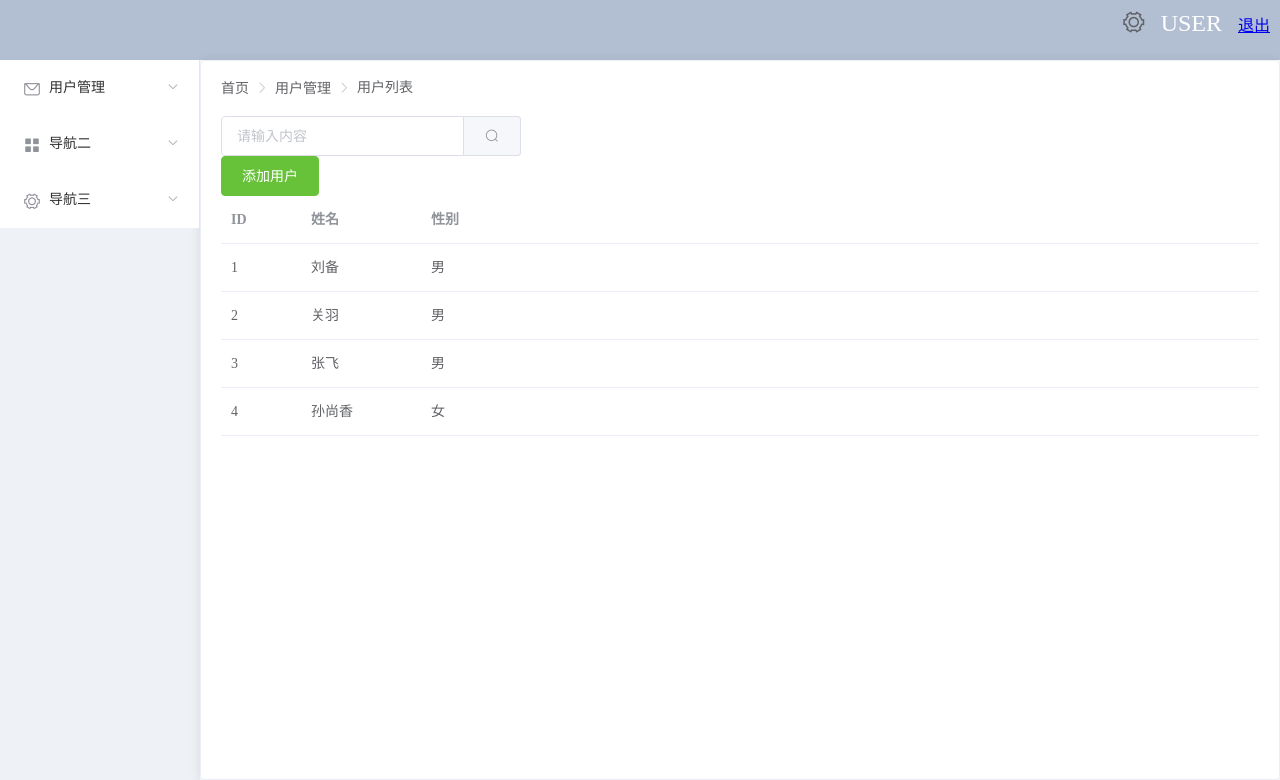
Repository: euphor1azzy/testlist
Page: /#/users (app in list/)
An editor plug-in stored every save of this project. The page is shown before and after the next save, followed by the edit.
The browser window is 1280 px wide. The pictures show the whole page.
The project was rebuilt for these pictures with package versions that can differ from the ones it lists, and the page was loaded fresh each time. Requests to the local data server were answered from the project's data file. Also part of the build but not shown: list/src/utils/validate.js, list/src/views/login/login.vue.

Above is the page before, as saved 2020-08-27 14:30:44.

### list/src/main.js
// 引入组件
import Vue from 'vue'
import ElementUI from 'element-ui';
import App from './App.vue'
import router from './router'
import MyHttpServer from './plugins/http'
Vue.use(router);


// 引入css文件
import './assets/css/reset.css'
import 'element-ui/lib/theme-chalk/index.css';


//使用插件
Vue.use(ElementUI)
Vue.use(MyHttpServer)
Vue.config.productionTip = false


new Vue({
    el: '#app',
    router,
    render: h => h(App)
}).$mount('#app')

### list/src/App.vue
<template>
  <div id="app" >

    <router-view></router-view>
  </div>
</template>

<script>

</script>

<style>
#app{

  height:100vh
}
</style>

### list/src/router/index.js
import Vue from 'vue'
import Router from 'vue-router'
import Home from '../views/home.vue'
import Login from '../views/login/login.vue'
import Users from '../components/users/users.vue'



Vue.use(Router);



export default new Router({
    routes: [{
            path: '/',
            name: 'Home',
            component: Home,
            children: [{
                name: 'Users',
                path: 'users',
                component: Users
            }]

        },
        {
            name: 'Login',
            path: '/login',
            component: Login
        }
    ]
});

### list/src/plugins/http.js
//将axios改为插件
import axios from 'axios'
const MyHttpServer = {}


MyHttpServer.install = (Vue) => {
    axios.defaults.baseURL = 'http://localhost:8888/api/private/v1/'

    // 添加实例方法
    Vue.prototype.$http = axios

}

export default MyHttpServer

### list/src/assets/css/reset.css
/*! minireset.css v0.0.2 | MIT License | github.com/jgthms/minireset.css */

html,
body,
p,
ol,
ul,
li,
dl,
dt,
dd,
blockquote,
figure,
fieldset,
legend,
textarea,
pre,
iframe,
hr,
h1,
h2,
h3,
h4,
h5,
h6 {
    /* height: 100%; */
    margin: 0;
    padding: 0;
}

h1,
h2,
h3,
h4,
h5,
h6 {
    font-size: 100%;
    font-weight: normal;
}

ul {
    list-style: none;
}

button,
input,
select,
textarea {
    margin: 0;
}

html {
    box-sizing: border-box;
}

* {
    box-sizing: inherit;
}

*:before,
*:after {
    box-sizing: inherit;
}

img,
embed,
object,
audio,
video {
    height: auto;
    max-width: 100%;
}

iframe {
    border: 0;
}

table {
    border-collapse: collapse;
    border-spacing: 0;
}

td,
th {
    padding: 0;
    text-align: left;
}

### list/src/views/home.vue
<template>

  <div class="con">
    <!-- 头部 -->
    <v-appnav></v-appnav>
     <!-- 侧边栏 -->

    <v-appslider></v-appslider>

    <!-- 内容 -->
   <!-- <v-list></v-list> -->
   <!-- <el-main class="main"> -->
     <router-view></router-view>
   <!-- </el-main> -->

  </div>
</template>

<script>
// 导入组件

import AppNav from "../components/common/appnav";
import AppSlider from "../components/common/appslider";
// import List from "../components/list/list";

export default {
  name: "Home",
  // 注册组件
  components: {
    "v-appnav": AppNav,
    "v-appslider": AppSlider,
    // "v-list": List,
  },
};
</script>

<style>
.con {
  /* height: 100%; */
  display: flex;
  flex: auto;
  flex-flow: row wrap;
  justify-content: flex-start;
}
</style>

### list/src/components/users/users.vue
<template>
  <el-card class="box-card">
    <!-- 面包屑 -->
    <el-breadcrumb separator-class="el-icon-arrow-right">
      <!-- <el-breadcrumb-item :to="{ path: '/' }">首页</el-breadcrumb-item> -->
      <el-breadcrumb-item>首页</el-breadcrumb-item>
      <el-breadcrumb-item>用户管理</el-breadcrumb-item>
      <el-breadcrumb-item>用户列表</el-breadcrumb-item>
    </el-breadcrumb>

    <!-- 搜索 -->

    <el-row class="searchC">
      <el-col >
        <el-input placeholder="请输入内容" v-model="query" class="inputSearch">
          <el-button slot="append" icon="el-icon-search"></el-button>
                </el-input>


        <el-button  type="success">添加用户</el-button>
     </el-col>
    </el-row>
    <!-- 表格 -->
    <el-table :data="items">
      <el-table-column prop="id" label="ID" width="80"></el-table-column>
      <el-table-column prop="name" label="姓名" width="120"></el-table-column>
      <el-table-column prop="gender" label="性别"></el-table-column>
    </el-table>
  </el-card>
</template>

<script>

    import axios from 'axios'
export default {
created() {
    this.loadData();
  },
  methods: {
    loadData() {
      axios.get("http://localhost:3000/heroes").then((res) => {
        this.items = res.data;
      });
    },
  },
  name: "list",
  data() {
    return {
      query:'',
      items: [],
      name: "",
      gender: "",
    };
  },
}
</script>

<style>
.box-card {
  height: 100vh;
  width: calc(100% - 200px);
}
.inputSearch {
  width: 300px;
}
.searchC {
  margin-top: 20px;
   width: 300px;
}
.btn-adduser{
  margin: 10px;
  display: inline-flex;
}
</style>

### list/src/components/common/appnav.vue
<template>
  <el-header class="nav">
    <el-dropdown>
      <i class="el-icon-setting" style="margin-right: 15px"></i>
      <el-dropdown-menu slot="dropdown">
        <el-dropdown-item>查看</el-dropdown-item>
        <el-dropdown-item>新增</el-dropdown-item>
        <el-dropdown-item>删除</el-dropdown-item>
      </el-dropdown-menu>
    </el-dropdown>
    <span>USER</span>
    <router-link to="/login" style="padding-left:16px;font-size:16px"
      >退出</router-link
    >
  </el-header>
</template>

<script>
export default {
  name: "AppNav",
};
</script>

<style scoped>

.nav {
  padding: 10px;
  text-align: right;
  font-size: 24px;
  width: 100%;
  color: #fff;
  background-color: #b2bfd2;
}
.el-icon-setting::before {
  font-size: 24px;
}
</style>

### list/src/components/common/appslider.vue
<template>
   <!-- <el-container style="height: 100%; border: 1px solid #eee"> -->
      <el-aside width="200px" style="background-color: rgb(238, 241, 246)">
        <el-menu :unique-opened="true"
        :router="true">
          <el-submenu index="1">
            <template slot="title">
              <i class="el-icon-message"></i>用户管理
            </template>
            <el-menu-item-group>
              <template slot="title">分组一</template>
              <el-menu-item index="users">用户列表</el-menu-item>
              <el-menu-item index="1-2">用户设置</el-menu-item>
            </el-menu-item-group>
            <el-menu-item-group title="分组2">
              <el-menu-item index="1-3">选项3</el-menu-item>
            </el-menu-item-group>
            <el-submenu index="1-4">
              <template slot="title">选项4</template>
              <el-menu-item index="1-4-1">选项4-1</el-menu-item>
            </el-submenu>
          </el-submenu>
          <el-submenu index="2">
            <template slot="title">
              <i class="el-icon-menu"></i>导航二
            </template>
            <el-menu-item-group>
              <template slot="title">分组一</template>
              <el-menu-item index="2-1">选项1</el-menu-item>
              <el-menu-item index="2-2">选项2</el-menu-item>
            </el-menu-item-group>
            <el-menu-item-group title="分组2">
              <el-menu-item index="2-3">选项3</el-menu-item>
            </el-menu-item-group>
            <el-submenu index="2-4">
              <template slot="title">选项4</template>
              <el-menu-item index="2-4-1">选项4-1</el-menu-item>
            </el-submenu>
          </el-submenu>
          <el-submenu index="3">
            <template slot="title">
              <i class="el-icon-setting"></i>导航三
            </template>
            <el-menu-item-group>
              <template slot="title">分组一</template>
              <el-menu-item index="3-1">选项1</el-menu-item>
              <el-menu-item index="3-2">选项2</el-menu-item>
            </el-menu-item-group>
            <el-menu-item-group title="分组2">
              <el-menu-item index="3-3">选项3</el-menu-item>
            </el-menu-item-group>
            <el-submenu index="3-4">
              <template slot="title">选项4</template>
              <el-menu-item index="3-4-1">选项4-1</el-menu-item>
            </el-submenu>
          </el-submenu>
        </el-menu>
      </el-aside>
   <!-- </el-container> -->
</template>

<script>
export default {

}
</script>

<style>
.default-active	{
  background-color: royalblue;
}
</style>

### list/server/db.json
{
    "users": [{
            "id": 1,
            "name": "abc",
            "age": 18,
            "gender": "男"
        },
        {
            "id": 2,
            "name": "SDSA",
            "age": 18,
            "gender": "男"
        },
        {
            "id": 3,
            "name": "SDSD",
            "age": 18,
            "gender": "女"
        },
        {
            "id": 4,
            "name": "FSAFA",
            "age": 18,
            "gender": "男"
        }
    ],
    "heroes": [{
        "id": 1,
        "name": "刘备",
        "gender": "男"
    }, {
        "id": 2,
        "name": "关羽",
        "gender": "男"
    }, {
        "id": 3,
        "name": "张飞",
        "gender": "男"
    }, {
        "id": 4,
        "name": "孙尚香",
        "gender": "女"
    }]
}

Loaded but not shown: list/public/index.html (common file)

After the next save:
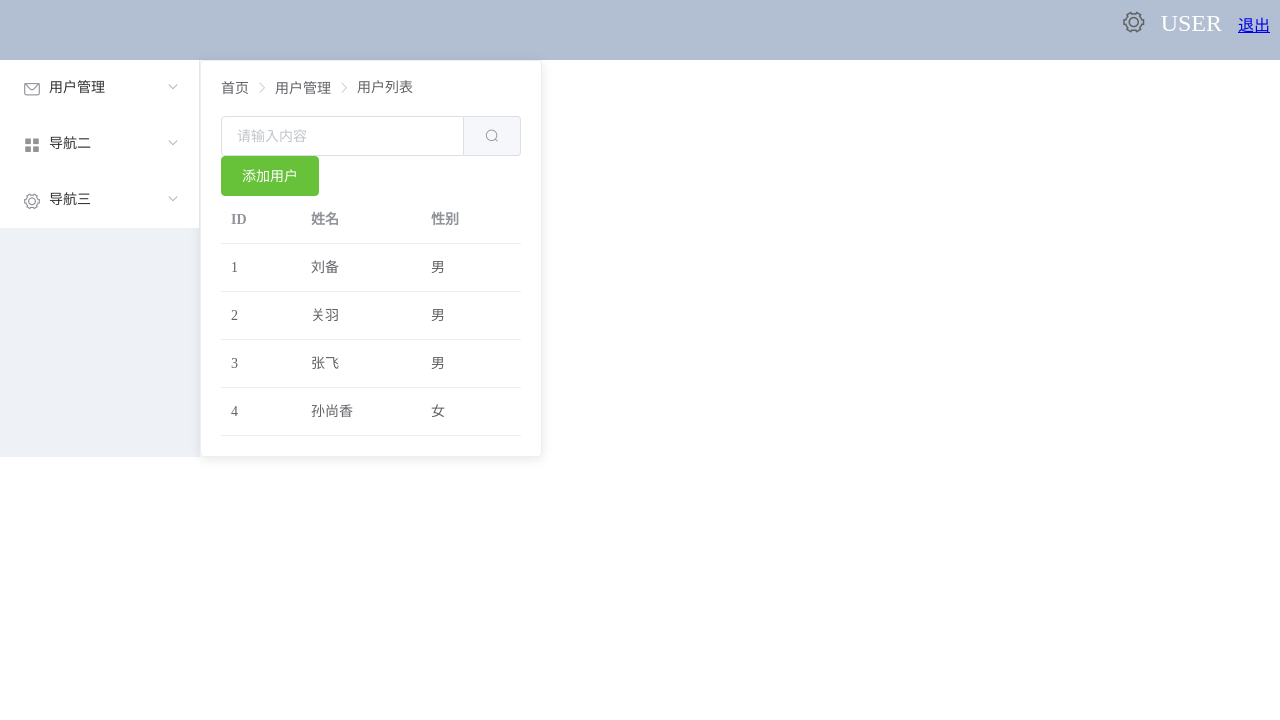
Saved 2 min 11 s later.
--- a/list/src/components/users/users.vue
+++ b/list/src/components/users/users.vue
@@ -57,9 +57,8 @@ created() {
 
 <style>
 .box-card {
-  height: 100vh;
-  width: calc(100% - 200px);
-}
+  height: 100%;
+ }
 .inputSearch {
   width: 300px;
 }
